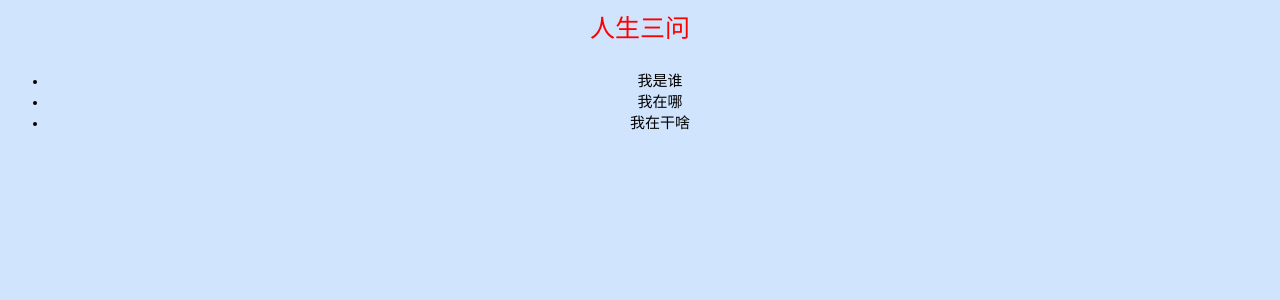
Repository: biuiuiu/springStudy
Page: http://localhost/Sad/
An editor plug-in stored every save of this project. The page is shown before and after the next save, followed by the edit.
The browser window is 1280 px wide. The pictures show the whole page.
The page is served by Tomcat 9.

Above is the page before, as saved 2017-06-14 01:44:17.

After the next save:
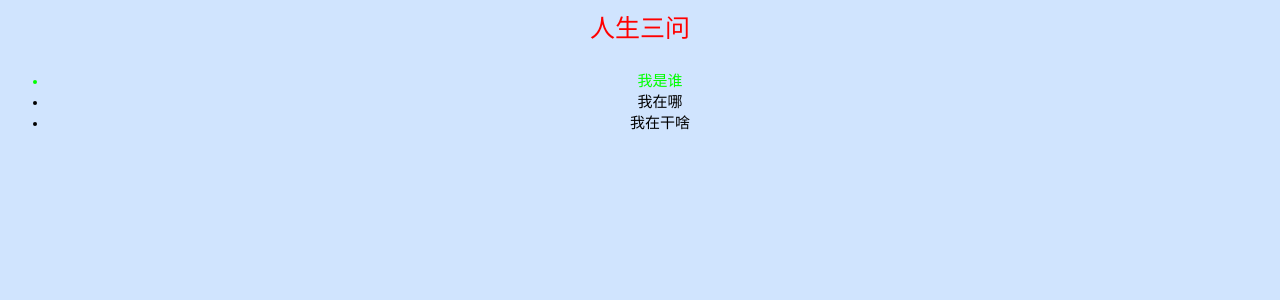
Saved 6 min 10 s later.
--- a/Sad/WebContent/index.jsp
+++ b/Sad/WebContent/index.jsp
@@ -20,10 +20,10 @@
 	ul{
 		font-size:15px
 	}
-	ul.first{
+	li.first{
 		color:#00ff00;
 	}
-	ul.second{
+	li.second{
 		color:#000000;
 	}
 </style>
